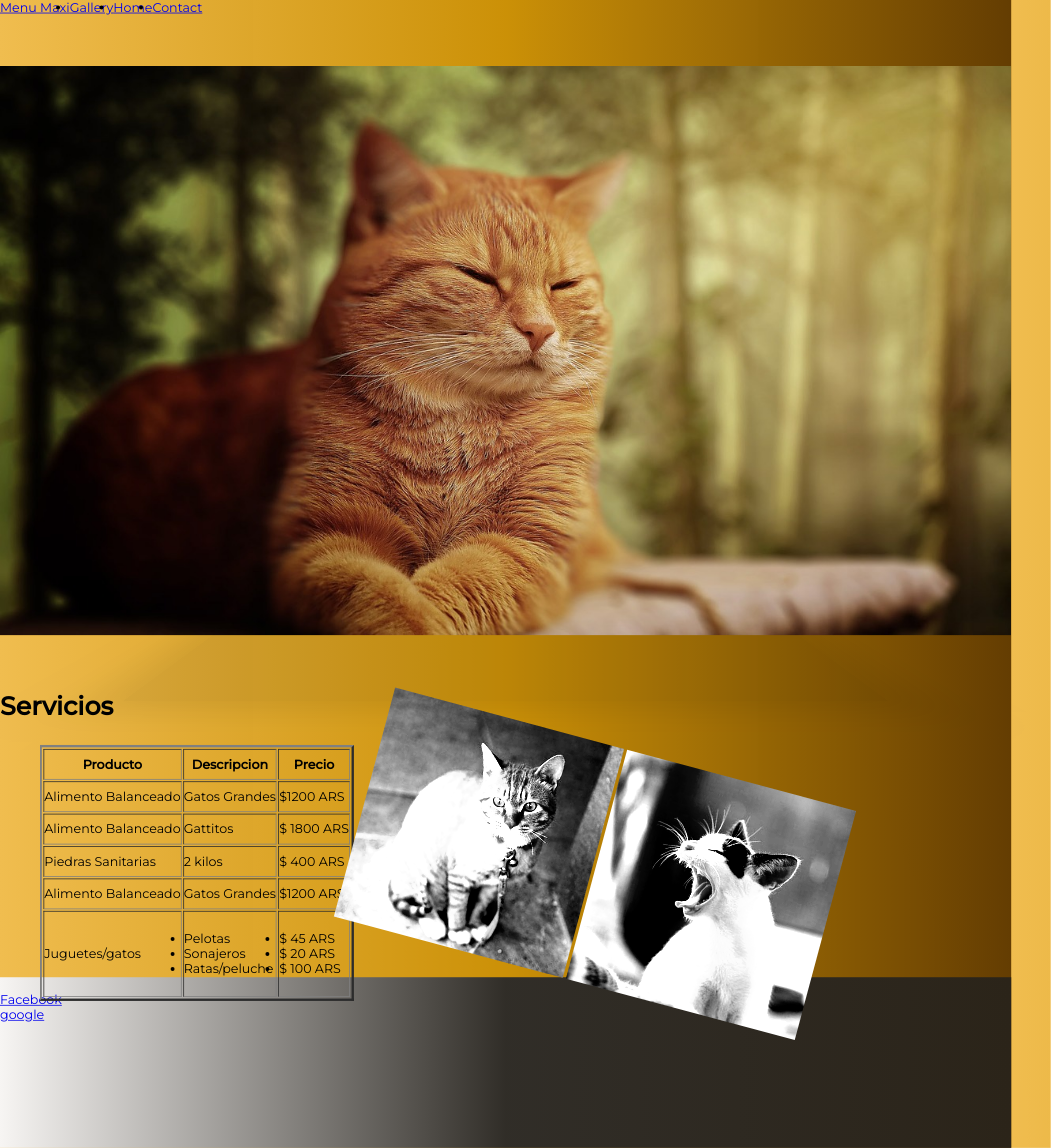
Repository: raul4264/final
Page: Services.html
These files come from the project's save history. The page is drawn as it stood at one moment and after the next save; the edit follows.
The browser window is 1280 px wide. The page is 1330 px wide, so the pictures cover 1330 px, including what lies to the right of the window. The pictures show the whole page, at 79% of full size.

Above is the page before, as saved 2021-03-26 11:49:55.

After the next save:
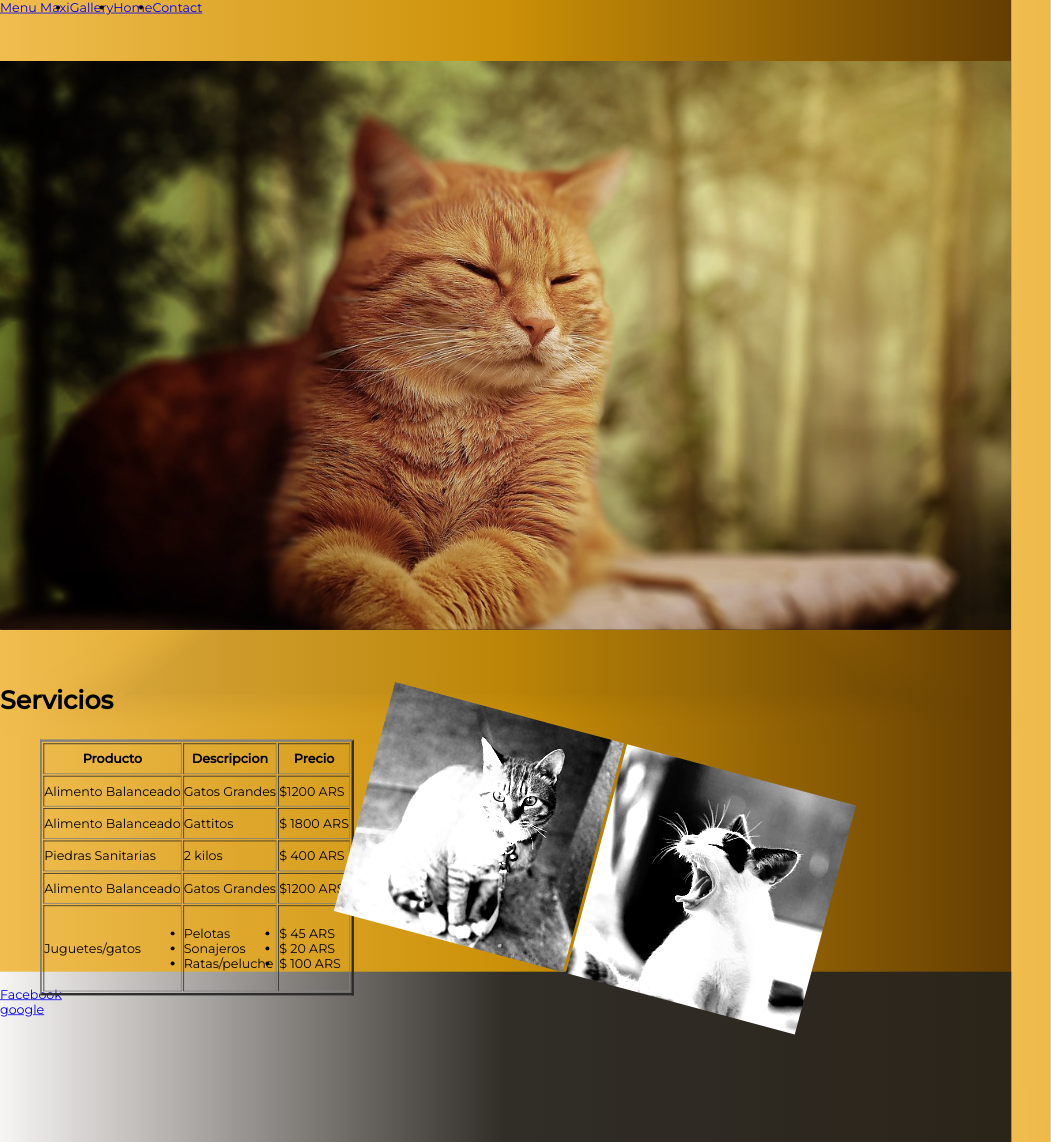
Saved 28 s later.
--- a/css/services.css
+++ b/css/services.css
@@ -31,12 +31,11 @@ background: linear-gradient(90deg, rgba(240,189,79,1) 0%, rgba(203,144,6,0.99483
     margin:0;
 }
 header{
-    height: 2vh;
+    height: 1vh;
     text-decoration: none;
 }
 .uno{
     display: flex;
-
 
 }
 .thumb {
